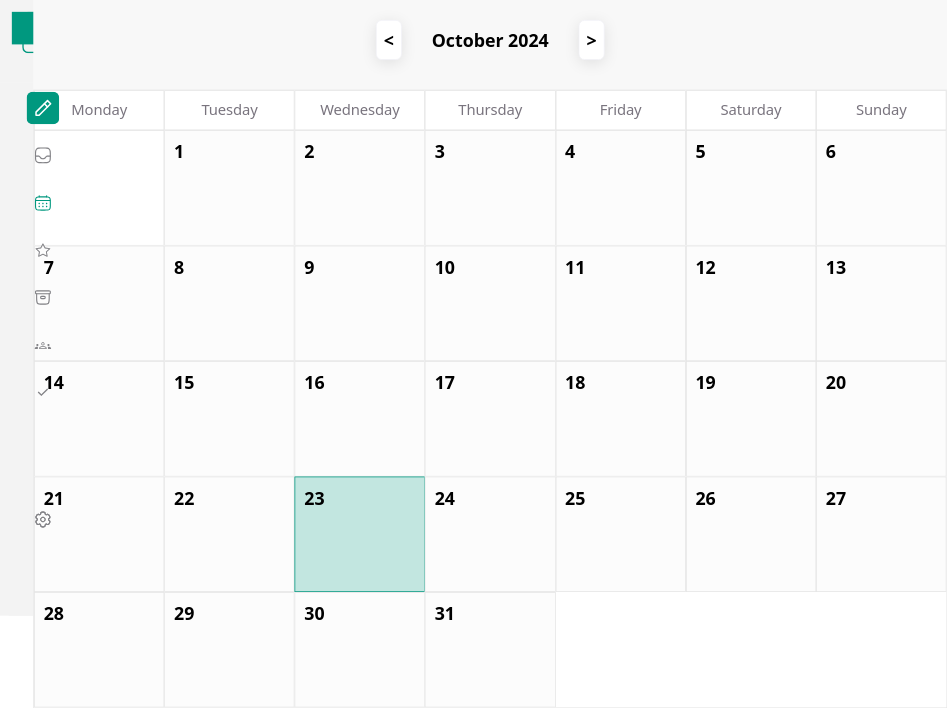
Repository: Tofigkh1/Nomail-App
Page: /calendar
These files come from the project's save history. The page is drawn as it stood at one moment and after a run of saves; the edit follows.
The browser window is 1280 px wide. The pictures show the whole page, at 74% of full size.
The project was rebuilt for these pictures with package versions that can differ from the ones it lists, and the page was loaded fresh each time. The framework's server and built-in components were replaced by stand-ins that run in the browser. Also part of the build but not shown: next.config.mjs, components/shared/svg/calendarSvg.jsx.

Above is the page before, as saved 2024-10-23 03:05:11.

### app/layout.tsx
import type { Metadata } from "next";
import localFont from "next/font/local";
import "./Styles/globals.css";
import Header from "@/components/shared/client/Header/header";

const geistSans = localFont({
  src: "./fonts/GeistVF.woff",
  variable: "--font-geist-sans",
  weight: "100 900",
});
const geistMono = localFont({
  src: "./fonts/GeistMonoVF.woff",
  variable: "--font-geist-mono",
  weight: "100 900",
});

export const metadata: Metadata = {
  title: "Create Next App",
  description: "Generated by create next app",
};

export default function RootLayout({
  children,
}: Readonly<{
  children: React.ReactNode;
}>) {
  return (
    <html lang="en">
      <body
        className={`${geistSans.variable} ${geistMono.variable} antialiased`}
      >
        {children}

      </body>
    </html>
  );
}

### app/calendar/page.tsx
"use client"
import Header from "@/components/shared/client/Header/header";
import Sidebar, { SidebarContext, SidebarItem } from "@/components/shared/client/SideBarMenu/sideBarMenu";
import NomailPaleSvg from '../../components/shared/svg/nomailPaleSvg';
import NewMail from '../../components/shared/svg/newMail';
import InboxSvg from '../../components/shared/svg/InboxSvg';
import CalendarSvg from '../../components/shared/svg/calendarSvg';
import FavoritesSvg from '../../components/shared/svg/FavoritesSvg';
import ArchiveSvg from '../../components/shared/svg/ArchiveSvg';
import GroupSvg from '../../components/shared/svg/groupSvg';
import TodoSvg from '../../components/shared/svg/TodoSvg';
import { useState } from "react";
import MainFrameMessage from "@/components/shared/client/MainFrameMessage";
import { Calendar } from '../../components/shared/client/Calendar/index';
import { usePathname } from "next/navigation";
import Link from "next/link"; // Link ile yönlendirme yapacağız
import CalendarActiveSvg from "../../components/shared/svg/calendarActiveSvg";
import SettingSvg from "../../components/shared/svg/settingSvg";

export default function CalendarPage() {
    const [expanded, setExpanded] = useState(false); // Sidebar state
    const pathname = usePathname(); // Pathname'i almak için usePathname kullanıldı

    // Sidebar genişliği: genişletildiğinde 250px, daraltıldığında 95px olacak
    const sidebarWidth = expanded ? '200px' : '45px';

    return (
        <div>
            <SidebarContext.Provider value={{ expanded, setExpanded }}>
                <div>
                    <Header />

                    <div className="flex">
                        {/* Sidebar Section */}
                        <div style={{ width: sidebarWidth }}>
                            <Sidebar>
                                <SidebarItem
                                    icon={<NewMail />}
                                    text="New Mail"
                                    active={false}
                                    onClick={() => {}} // Handle clicks if needed
                                />
                                <SidebarItem
                                    icon={<InboxSvg />}
                                    text="Inbox"
                                    active={false}
                                    onClick={() => {}}
                                />
                                  <SidebarItem
                                icon={pathname === '/calendar' ? <CalendarActiveSvg /> : <CalendarSvg />}
                                active={pathname === '/calendar'}
                                text="Calendar"
                                onClick={() => push('/calendar')}
                            />
                                <SidebarItem
                                    icon={<FavoritesSvg />}
                                    text="Favorites"
                                    active={false}
                                    onClick={() => {}}
                                />
                                <SidebarItem
                                    icon={<ArchiveSvg />}
                                    text="Archive"
                                    active={false}
                                    onClick={() => {}}
                                />
                                <SidebarItem
                                    icon={<GroupSvg />}
                                    text="Groups"
                                    active={false}
                                    onClick={() => {}}
                                />
                                <SidebarItem
                                    icon={<TodoSvg />}
                                    text="To do"
                                    active={false}
                                    onClick={() => {}}
                                />
                                   {/* Settings item moved to the bottom */}
                            <div className=" mt-28">
                                <SidebarItem
                                    icon={<SettingSvg />}
                                    text="Settings"
                                    active={false}
                                    onClick={() => {}}
                                />
                            </div>
                            </Sidebar>
                        </div>


                        <div className="flex flex-grow justify-center items-center h-screen flex-col font-semibold text-textGray gap-7 text-2xl">
                            <Calendar />
                        </div>
                    </div>
                </div>
            </SidebarContext.Provider>
        </div>
    );
}

### app/Styles/globals.css
@tailwind base;
@tailwind components;
@tailwind utilities;


.App {
  font-family: sans-serif;
  text-align: center;
}


:root {
  --background: #ffffff;
  --foreground: #171717;
}

@media (prefers-color-scheme: dark) {
  :root {
    --background: #0a0a0a;
    --foreground: #ededed;
  }
}


@layer utilities {
  .text-balance {
    text-wrap: balance;
  }
}

### components/shared/client/Header/header.tsx
import { useContext } from "react";
import { SidebarContext } from '../SideBarMenu/sideBarMenu'; // Import context
import NomailLogo from "@/components/shared/svg/headerlLogoSvg";
import HamburgerBtnSvg from "../../svg/hamburgerBtnSvg"



export default function Header() {

    const { expanded, setExpanded } = useContext(SidebarContext); // Access context

    return (
        <div className="flex items-center justify-between p-4 bg-headerColor text-white">
            <div className='w-auto h-20 flex gap-14'>

                <div>
                    <button onClick={() => setExpanded(!expanded)}
                            className="pl-3.5 bg-textColorGreen hover:bg-clientButtonGreen w-14 h-11">
                        <HamburgerBtnSvg/>
                    </button>
                </div>

                <div>
                    <NomailLogo/>
                </div>


            </div>
        </div>
    );
}

### components/shared/client/SideBarMenu/sideBarMenu.tsx
import React, { useState, useContext, ReactNode } from "react";
import { ChevronFirst, ChevronLast } from "lucide-react";

export const SidebarContext = React.createContext<{ expanded: boolean; setExpanded: (expanded: boolean) => void; }>({
    expanded: false,
    setExpanded: () => {},
});

// Sidebar component now depends on context for state
export default function Sidebar({ children }: { children: ReactNode }) {
    const { expanded, setExpanded } = useContext(SidebarContext);

    return (
        <aside className="h-screen bg-headerColor">
            <nav
                className={`h-full flex flex-col bg-headerColor border-r border-whiteLight3 transition-all duration-200 ease-in-out ml-3 ${expanded ? "w-[127%] h-[130%] " : "w-[99px]"}`}>

                <ul className=" flex-1 px-3">{children}</ul>
            </nav>
        </aside>
    );
}

// SidebarItem component for individual items inside the sidebar
type SidebarItemProps = {
    icon: ReactNode;   // Icon to display in the sidebar item
    text: string;      // Text to display in the sidebar item
    active: boolean;   // Boolean to determine if the item is active (highlighted)
    onClick: () => void; // Add onClick function to handle clicks
    style?: React.CSSProperties;
};

export function SidebarItem({icon, text, active, onClick,style}: SidebarItemProps) {
    const context = useContext(SidebarContext); // Sidebar context to manage expanded/collapsed state
    const {expanded} = context!;

    return (
        <li
            onClick={onClick} // Attach the click handler here
            style={style}
            className={`group relative flex items-center py-2 px-3 my-1 font-medium rounded-md cursor-pointer duration-300 ease-in-out transition-colors
          ${
                active
                    ? " text-mainRedLight " // Active item style
                    : " text-gray-600 " // Hover style for non-active items
            }`}
        >

            <span className="text-xl transition-all duration-300 ease-in-out">
        {icon}
      </span>

            {/* Text büyütüldü ve boşluk artırıldı */}
            {expanded && (
                <span className="ml-4 text-xl text-black transition-all duration-300 ease-in-out ">
          {text}
        </span>
            )}

            {/* Navbar kapalıyken hover ile çıkan isimler için arka plan yeşil yapıldı */}
            {!expanded && (
                <span
                    className={` absolute left-full whitespace-nowrap bg-textColorGreen text-white rounded-md py-1 px-2 transition-all duration-300 ease-in-out ml-2 opacity-0 group-hover:opacity-100`}
                >
          {text}
        </span>
            )}
        </li>
    );
}

### components/shared/svg/newMail.jsx
'use client'
export default function  newMail(){
    return(
        <>
            <svg width="44" height="44" viewBox="0 0 44 44" fill="none" xmlns="http://www.w3.org/2000/svg">
                <rect width="44" height="44" rx="8" fill="#00987F"/>
                <path fill-rule="evenodd" clip-rule="evenodd"
                      d="M27.5115 11.2439C27.902 10.8534 28.5351 10.8534 28.9257 11.2438L33.1687 15.4863C33.3562 15.6739 33.4616 15.9282 33.4616 16.1935C33.4616 16.4587 33.3562 16.7131 33.1687 16.9006L17.6122 32.4571C17.4247 32.6446 17.1703 32.75 16.9051 32.75H12.6626C12.1103 32.75 11.6626 32.3023 11.6626 31.75V27.5075C11.6626 27.2423 11.768 26.9879 11.9555 26.8004L27.5115 11.2439ZM28.2187 13.3652L13.6626 27.9217V30.75H16.4909L31.0473 16.1935L28.2187 13.3652Z"
                      fill="white"/>
                <path fill-rule="evenodd" clip-rule="evenodd"
                      d="M23.269 15.4864C23.6595 15.0959 24.2927 15.0959 24.6832 15.4864L28.9257 19.7289C29.3162 20.1194 29.3162 20.7526 28.9257 21.1431C28.5352 21.5336 27.902 21.5336 27.5115 21.1431L23.269 16.9006C22.8784 16.5101 22.8784 15.8769 23.269 15.4864Z"
                      fill="white"/>
            </svg>


        </>
    )
}

### components/shared/svg/FavoritesSvg.jsx
'use client'
export default function  favoritesSvg(){
    return(
        <>
            <svg width="44" height="44" viewBox="0 0 44 44" fill="none" xmlns="http://www.w3.org/2000/svg">
                <path
                    d="M15.5808 30.2201C15.4833 30.7528 16.0307 31.1692 16.5132 30.9316L22.0006 28.2246L27.4868 30.9316C27.9693 31.1692 28.5168 30.7528 28.4193 30.2213L27.3818 24.5457L31.7842 20.5188C32.1967 20.142 31.9842 19.4533 31.4317 19.3789L25.3093 18.5438L22.5794 13.3517C22.5274 13.2465 22.4453 13.1576 22.3428 13.0953C22.2402 13.0331 22.1214 13 22 13C21.8787 13 21.7598 13.0331 21.6573 13.0953C21.5547 13.1576 21.4727 13.2465 21.4206 13.3517L18.6907 18.545L12.5683 19.3801C12.0171 19.4545 11.8033 20.1432 12.2146 20.52L16.6182 24.5469L15.5808 30.2225V30.2201ZM21.7119 26.8999L17.1045 29.1725L17.972 24.4245C17.9928 24.3152 17.9852 24.2026 17.9496 24.0969C17.914 23.9911 17.8517 23.8955 17.7682 23.8185L14.1358 20.4948L19.2007 19.8037C19.3054 19.788 19.4046 19.7484 19.4901 19.6883C19.5756 19.6281 19.6448 19.5492 19.6919 19.4581L21.9981 15.0688L24.3068 19.4581C24.354 19.5492 24.4232 19.6281 24.5086 19.6883C24.5941 19.7484 24.6934 19.788 24.7981 19.8037L29.863 20.4936L26.2306 23.8173C26.1469 23.8944 26.0844 23.9903 26.0488 24.0962C26.0133 24.2022 26.0057 24.315 26.0268 24.4245L26.8943 29.1725L22.2869 26.8999C22.1979 26.8555 22.0991 26.8324 21.9988 26.8324C21.8985 26.8324 21.8009 26.8555 21.7119 26.8999Z"
                    fill="#A4A4A9"/>
                <path
                    d="M15.5808 30.2201C15.4833 30.7528 16.0307 31.1692 16.5132 30.9316L22.0006 28.2246L27.4868 30.9316C27.9693 31.1692 28.5168 30.7528 28.4193 30.2213L27.3818 24.5457L31.7842 20.5188C32.1967 20.142 31.9842 19.4533 31.4317 19.3789L25.3093 18.5438L22.5794 13.3517C22.5274 13.2465 22.4453 13.1576 22.3428 13.0953C22.2402 13.0331 22.1214 13 22 13C21.8787 13 21.7598 13.0331 21.6573 13.0953C21.5547 13.1576 21.4727 13.2465 21.4206 13.3517L18.6907 18.545L12.5683 19.3801C12.0171 19.4545 11.8033 20.1432 12.2146 20.52L16.6182 24.5469L15.5808 30.2225V30.2201ZM21.7119 26.8999L17.1045 29.1725L17.972 24.4245C17.9928 24.3152 17.9852 24.2026 17.9496 24.0969C17.914 23.9911 17.8517 23.8955 17.7682 23.8185L14.1358 20.4948L19.2007 19.8037C19.3054 19.788 19.4046 19.7484 19.4901 19.6883C19.5756 19.6281 19.6448 19.5492 19.6919 19.4581L21.9981 15.0688L24.3068 19.4581C24.354 19.5492 24.4232 19.6281 24.5086 19.6883C24.5941 19.7484 24.6934 19.788 24.7981 19.8037L29.863 20.4936L26.2306 23.8173C26.1469 23.8944 26.0844 23.9903 26.0488 24.0962C26.0133 24.2022 26.0057 24.315 26.0268 24.4245L26.8943 29.1725L22.2869 26.8999C22.1979 26.8555 22.0991 26.8324 21.9988 26.8324C21.8985 26.8324 21.8009 26.8555 21.7119 26.8999Z"
                    fill="black" fill-opacity="0.2"/>
            </svg>


        </>
    )
}

### components/shared/svg/ArchiveSvg.jsx
'use client'
export default function archiveSvg(){
    return(
        <>
            <svg width="44" height="44" viewBox="0 0 44 44" fill="none" xmlns="http://www.w3.org/2000/svg">
                <path
                    d="M19 22C19 21.534 19 21.301 19.076 21.117C19.1777 20.8725 19.3723 20.6783 19.617 20.577C19.801 20.5 20.034 20.5 20.5 20.5H23.5C23.966 20.5 24.199 20.5 24.383 20.576C24.6275 20.6777 24.8217 20.8723 24.923 21.117C25 21.301 25 21.534 25 22C25 22.466 25 22.699 24.924 22.883C24.8223 23.1275 24.6277 23.3217 24.383 23.423C24.199 23.5 23.966 23.5 23.5 23.5H20.5C20.034 23.5 19.801 23.5 19.617 23.424C19.3725 23.3223 19.1783 23.1277 19.077 22.883C19 22.699 19 22.466 19 22Z"
                    stroke="#A4A4A9" stroke-width="1.5"/>
                <path
                    d="M19 22C19 21.534 19 21.301 19.076 21.117C19.1777 20.8725 19.3723 20.6783 19.617 20.577C19.801 20.5 20.034 20.5 20.5 20.5H23.5C23.966 20.5 24.199 20.5 24.383 20.576C24.6275 20.6777 24.8217 20.8723 24.923 21.117C25 21.301 25 21.534 25 22C25 22.466 25 22.699 24.924 22.883C24.8223 23.1275 24.6277 23.3217 24.383 23.423C24.199 23.5 23.966 23.5 23.5 23.5H20.5C20.034 23.5 19.801 23.5 19.617 23.424C19.3725 23.3223 19.1783 23.1277 19.077 22.883C19 22.699 19 22.466 19 22Z"
                    stroke="black" stroke-opacity="0.2" stroke-width="1.5"/>
                <path
                    d="M30.5 17V23C30.5 26.771 30.5 28.657 29.328 29.828C28.157 31 26.271 31 22.5 31H21.5C17.729 31 15.843 31 14.672 29.828C13.5 28.657 13.5 26.771 13.5 23V17"
                    stroke="#A4A4A9" stroke-width="1.5" stroke-linecap="round"/>
                <path
                    d="M30.5 17V23C30.5 26.771 30.5 28.657 29.328 29.828C28.157 31 26.271 31 22.5 31H21.5C17.729 31 15.843 31 14.672 29.828C13.5 28.657 13.5 26.771 13.5 23V17"
                    stroke="black" stroke-opacity="0.2" stroke-width="1.5" stroke-linecap="round"/>
                <path
                    d="M12 15C12 14.057 12 13.586 12.293 13.293C12.586 13 13.057 13 14 13H30C30.943 13 31.414 13 31.707 13.293C32 13.586 32 14.057 32 15C32 15.943 32 16.414 31.707 16.707C31.414 17 30.943 17 30 17H14C13.057 17 12.586 17 12.293 16.707C12 16.414 12 15.943 12 15Z"
                    stroke="#A4A4A9" stroke-width="1.5"/>
                <path
                    d="M12 15C12 14.057 12 13.586 12.293 13.293C12.586 13 13.057 13 14 13H30C30.943 13 31.414 13 31.707 13.293C32 13.586 32 14.057 32 15C32 15.943 32 16.414 31.707 16.707C31.414 17 30.943 17 30 17H14C13.057 17 12.586 17 12.293 16.707C12 16.414 12 15.943 12 15Z"
                    stroke="black" stroke-opacity="0.2" stroke-width="1.5"/>
            </svg>

        </>
    )
}

### components/shared/svg/TodoSvg.jsx
'use client'
export default function  todoSvg(){
    return(
        <>
            <svg width="44" height="44" viewBox="0 0 44 44" fill="none" xmlns="http://www.w3.org/2000/svg">
                <path d="M19.8957 27L15 22.2599L16.2239 21.0748L19.8957 24.6299L27.7761 17L29 18.185L19.8957 27Z"
                      fill="#A4A4A9"/>
                <path d="M19.8957 27L15 22.2599L16.2239 21.0748L19.8957 24.6299L27.7761 17L29 18.185L19.8957 27Z"
                      fill="black" fill-opacity="0.2"/>
            </svg>

        </>
    )
}

### components/shared/svg/calendarActiveSvg.jsx
'use client'
export default function  calendarActiveSvg(){
    return(
        <>



     <svg width="44" height="44" viewBox="0 0 44 44" fill="none" xmlns="http://www.w3.org/2000/svg">
<path fill-rule="evenodd" clip-rule="evenodd" d="M15.711 14.8898C14.7049 15.0251 14.1254 15.2789 13.7026 15.7021C13.2793 16.125 13.0251 16.7049 12.8898 17.711C12.7516 18.7386 12.75 20.0933 12.75 22V24C12.75 25.9067 12.7516 27.2614 12.8898 28.289C13.0251 29.2951 13.2789 29.8746 13.7021 30.2974C14.125 30.7207 14.7049 30.9749 15.711 31.1102C16.7386 31.2484 18.0933 31.25 20 31.25H24C25.9067 31.25 27.2614 31.2484 28.289 31.1102C29.2951 30.9749 29.8746 30.7211 30.2974 30.2979C30.7207 29.875 30.9749 29.2951 31.1102 28.289C31.2484 27.2614 31.25 25.9067 31.25 24V22C31.25 20.0933 31.2484 18.7386 31.1102 17.711C30.9749 16.7049 30.7211 16.1254 30.2979 15.7026C29.875 15.2793 29.2951 15.0251 28.289 14.8898C27.2614 14.7516 25.9067 14.75 24 14.75H20C18.0933 14.75 16.7386 14.7516 15.711 14.8898ZM19.9436 13.25H24.0564C25.8941 13.25 27.3497 13.25 28.489 13.4032C29.6612 13.5608 30.6101 13.893 31.3581 14.6414C32.1069 15.3896 32.4391 16.3386 32.5968 17.511C32.75 18.6503 32.75 20.1059 32.75 21.9436V24.0565C32.75 25.8941 32.75 27.3498 32.5968 28.489C32.4391 29.6613 32.1069 30.6102 31.3583 31.3583C30.6102 32.1069 29.6613 32.4391 28.489 32.5968C27.3498 32.75 25.8941 32.75 24.0565 32.75H19.9436C18.1059 32.75 16.6503 32.75 15.511 32.5968C14.3386 32.4391 13.3896 32.1069 12.6414 31.3581C11.893 30.6101 11.5608 29.6612 11.4032 28.489C11.25 27.3497 11.25 25.8941 11.25 24.0564V21.9436C11.25 20.1059 11.25 18.6503 11.4032 17.511C11.5609 16.3387 11.8931 15.3898 12.6417 14.6417C13.3898 13.8931 14.3387 13.5609 15.511 13.4032C16.6503 13.25 18.1059 13.25 19.9436 13.25Z" fill="#00987F"/>
<path fill-rule="evenodd" clip-rule="evenodd" d="M17 11.75C17.4142 11.75 17.75 12.0858 17.75 12.5V14C17.75 14.4142 17.4142 14.75 17 14.75C16.5858 14.75 16.25 14.4142 16.25 14V12.5C16.25 12.0858 16.5858 11.75 17 11.75ZM27 11.75C27.4142 11.75 27.75 12.0858 27.75 12.5V14C27.75 14.4142 27.4142 14.75 27 14.75C26.5858 14.75 26.25 14.4142 26.25 14V12.5C26.25 12.0858 26.5858 11.75 27 11.75ZM11.75 19C11.75 18.5858 12.0858 18.25 12.5 18.25H31.5C31.9142 18.25 32.25 18.5858 32.25 19C32.25 19.4142 31.9142 19.75 31.5 19.75H12.5C12.0858 19.75 11.75 19.4142 11.75 19Z" fill="#00987F"/>
<path d="M28 27C28 27.2652 27.8946 27.5196 27.7071 27.7071C27.5196 27.8946 27.2652 28 27 28C26.7348 28 26.4804 27.8946 26.2929 27.7071C26.1054 27.5196 26 27.2652 26 27C26 26.7348 26.1054 26.4804 26.2929 26.2929C26.4804 26.1054 26.7348 26 27 26C27.2652 26 27.5196 26.1054 27.7071 26.2929C27.8946 26.4804 28 26.7348 28 27ZM28 23C28 23.2652 27.8946 23.5196 27.7071 23.7071C27.5196 23.8946 27.2652 24 27 24C26.7348 24 26.4804 23.8946 26.2929 23.7071C26.1054 23.5196 26 23.2652 26 23C26 22.7348 26.1054 22.4804 26.2929 22.2929C26.4804 22.1054 26.7348 22 27 22C27.2652 22 27.5196 22.1054 27.7071 22.2929C27.8946 22.4804 28 22.7348 28 23ZM23 27C23 27.2652 22.8946 27.5196 22.7071 27.7071C22.5196 27.8946 22.2652 28 22 28C21.7348 28 21.4804 27.8946 21.2929 27.7071C21.1054 27.5196 21 27.2652 21 27C21 26.7348 21.1054 26.4804 21.2929 26.2929C21.4804 26.1054 21.7348 26 22 26C22.2652 26 22.5196 26.1054 22.7071 26.2929C22.8946 26.4804 23 26.7348 23 27ZM23 23C23 23.2652 22.8946 23.5196 22.7071 23.7071C22.5196 23.8946 22.2652 24 22 24C21.7348 24 21.4804 23.8946 21.2929 23.7071C21.1054 23.5196 21 23.2652 21 23C21 22.7348 21.1054 22.4804 21.2929 22.2929C21.4804 22.1054 21.7348 22 22 22C22.2652 22 22.5196 22.1054 22.7071 22.2929C22.8946 22.4804 23 22.7348 23 23ZM18 27C18 27.2652 17.8946 27.5196 17.7071 27.7071C17.5196 27.8946 17.2652 28 17 28C16.7348 28 16.4804 27.8946 16.2929 27.7071C16.1054 27.5196 16 27.2652 16 27C16 26.7348 16.1054 26.4804 16.2929 26.2929C16.4804 26.1054 16.7348 26 17 26C17.2652 26 17.5196 26.1054 17.7071 26.2929C17.8946 26.4804 18 26.7348 18 27ZM18 23C18 23.2652 17.8946 23.5196 17.7071 23.7071C17.5196 23.8946 17.2652 24 17 24C16.7348 24 16.4804 23.8946 16.2929 23.7071C16.1054 23.5196 16 23.2652 16 23C16 22.7348 16.1054 22.4804 16.2929 22.2929C16.4804 22.1054 16.7348 22 17 22C17.2652 22 17.5196 22.1054 17.7071 22.2929C17.8946 22.4804 18 22.7348 18 23Z" fill="#00987F"/>
</svg>



        </>
    )
}

### components/shared/svg/hamburgerBtnSvg.jsx
'use client'
export default function  HamburgerBtnSvg(){
    return(
        <>
            <svg width="56" height="56" viewBox="0 0 56 56" fill="none" xmlns="http://www.w3.org/2000/svg">
                <rect x="1" y="1" width="54" height="54" rx="7" stroke="#00987F" stroke-width="2"/>
                <path d="M19 22H37V24H19V22ZM19 27H37V29H19V27ZM19 32H37V34H19V32Z" fill="#00987F"/>
            </svg>


        </>
    )
}

### tailwind.config.ts
import type { Config } from "tailwindcss";

const config: Config = {
  content: [
    "./pages/**/*.{js,ts,jsx,tsx,mdx}",
    "./components/**/*.{js,ts,jsx,tsx,mdx}",
    "./app/**/*.{js,ts,jsx,tsx,mdx}",
  ],
  theme: {
    extend: {
      colors: {
        background: "var(--background)",
        foreground: "var(--foreground)",
        headerColor: "#F3F3F3",
        textColorGreen: "#00987F",
        textGray: "#A4A4A9",
        sideBarColor: "#E5E5E5",
        textColGreen: "#00987F",
        bordersColor: "#D1D1D6"
      },
    },
  },
  plugins: [],
};
export default config;

Loaded but not shown: components/shared/svg/settingSvg.jsx (25 lines, source omitted); components/shared/client/Calendar/index.jsx (361 lines, source omitted); components/shared/svg/InboxSvg.jsx (17 lines, source omitted); components/shared/svg/groupSvg.jsx (17 lines, source omitted); components/shared/svg/headerlLogoSvg.jsx (38 lines, source omitted); components/shared/client/Calendar/Calendar.css (259 lines, source omitted)

After the next 2 saves:
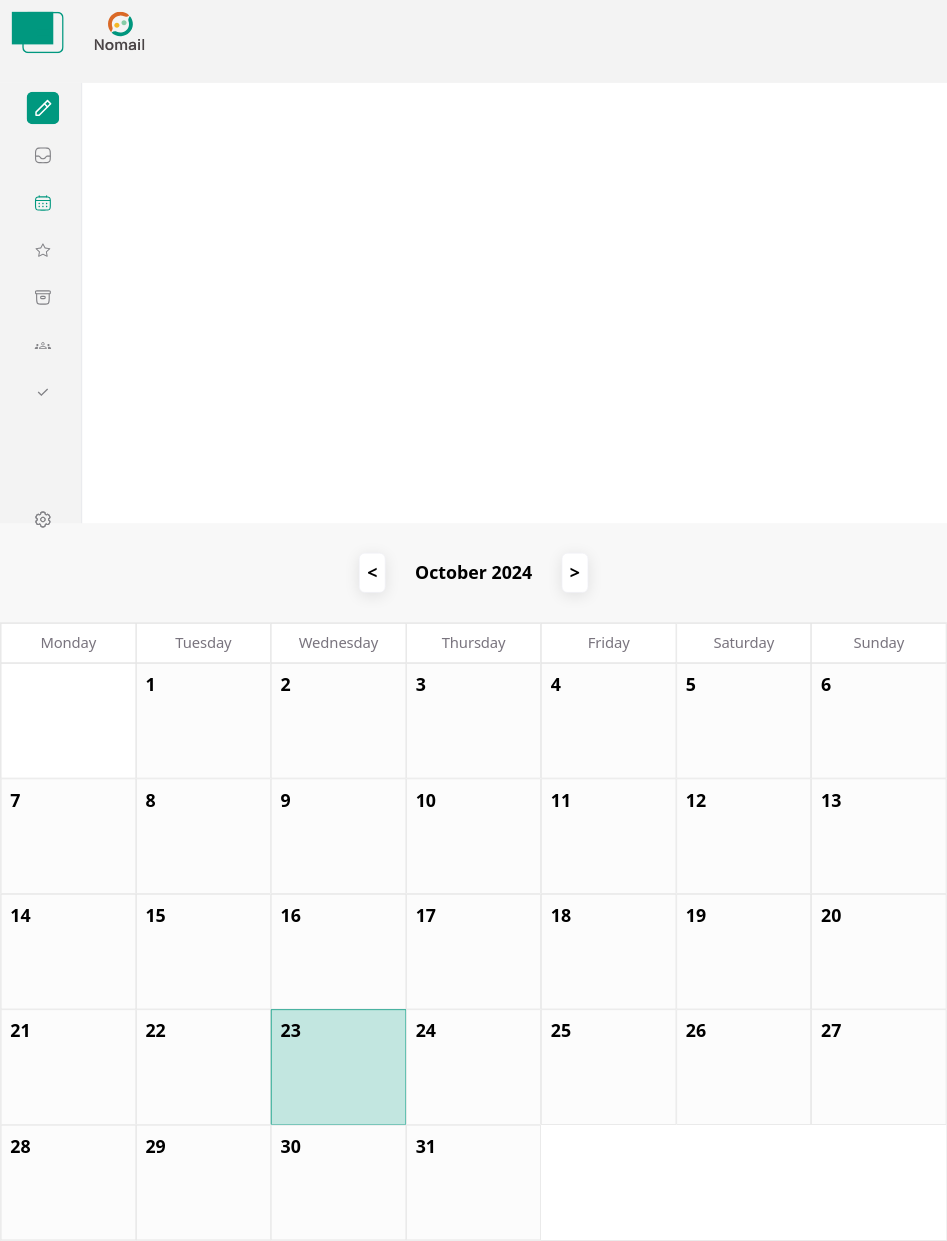
The 2 saves are shown as one change because they came seconds apart.
The last was saved 10 s later.
--- a/app/calendar/page.tsx
+++ b/app/calendar/page.tsx
@@ -89,10 +89,11 @@ export default function CalendarPage() {
                         </div>
 
 
-                        <div className="flex flex-grow justify-center items-center h-screen flex-col font-semibold text-textGray gap-7 text-2xl">
+
+                    </div>
+                    <div className="flex flex-grow justify-center items-center h-screen flex-col font-semibold text-textGray gap-7 text-2xl">
                             <Calendar />
                         </div>
-                    </div>
                 </div>
             </SidebarContext.Provider>
         </div>
